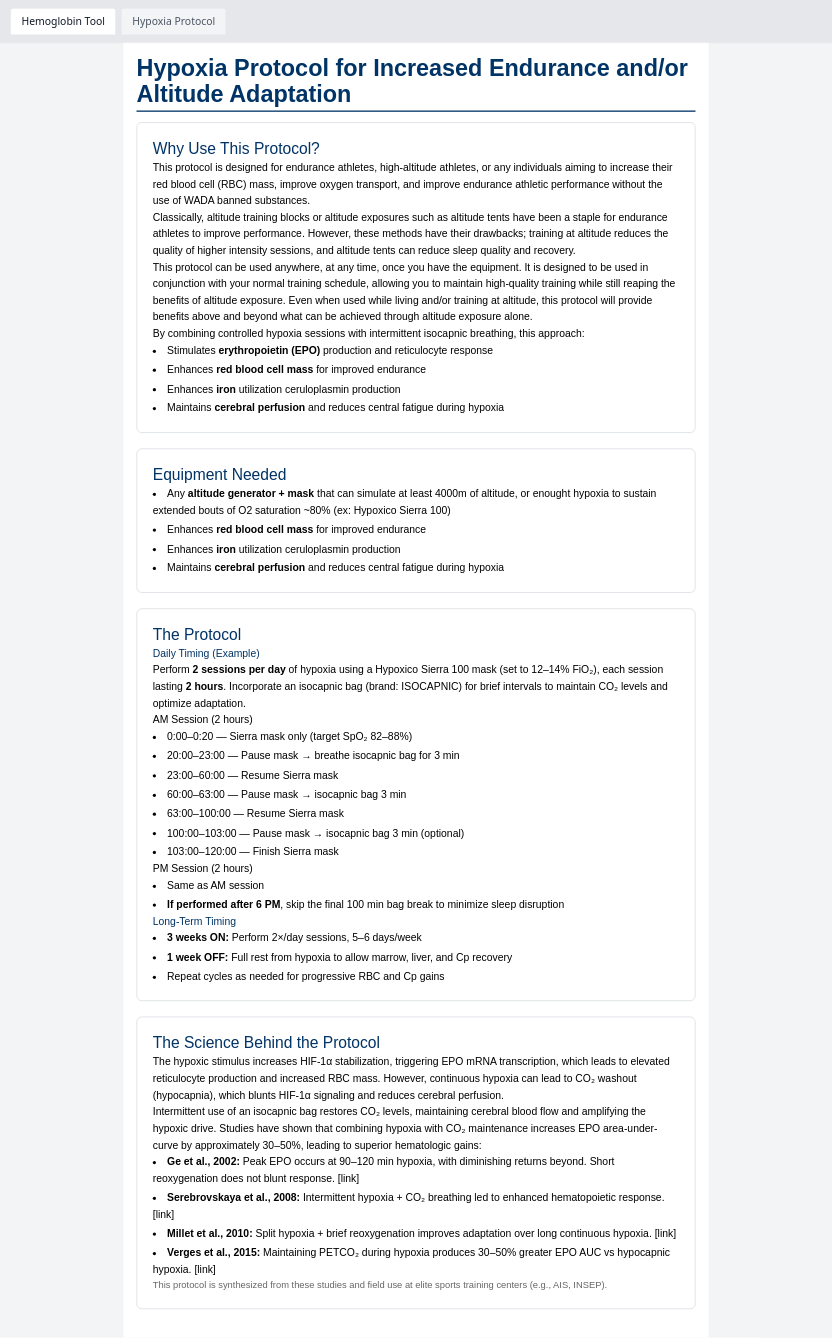
Repository: austenhughes1/hemoglobin_rbc_metrics
Page: hypoxia_protocol.html
The author's editor kept a copy of each file at every save. The page is drawn from the files as they stood at one save, then again after the next save.
The browser window is 1280 px wide. The pictures show the whole page, at 65% of full size.
Some web libraries are served in a nearby version.

Above is the page before, as saved 2025-06-25 13:30:13.

After the next save:
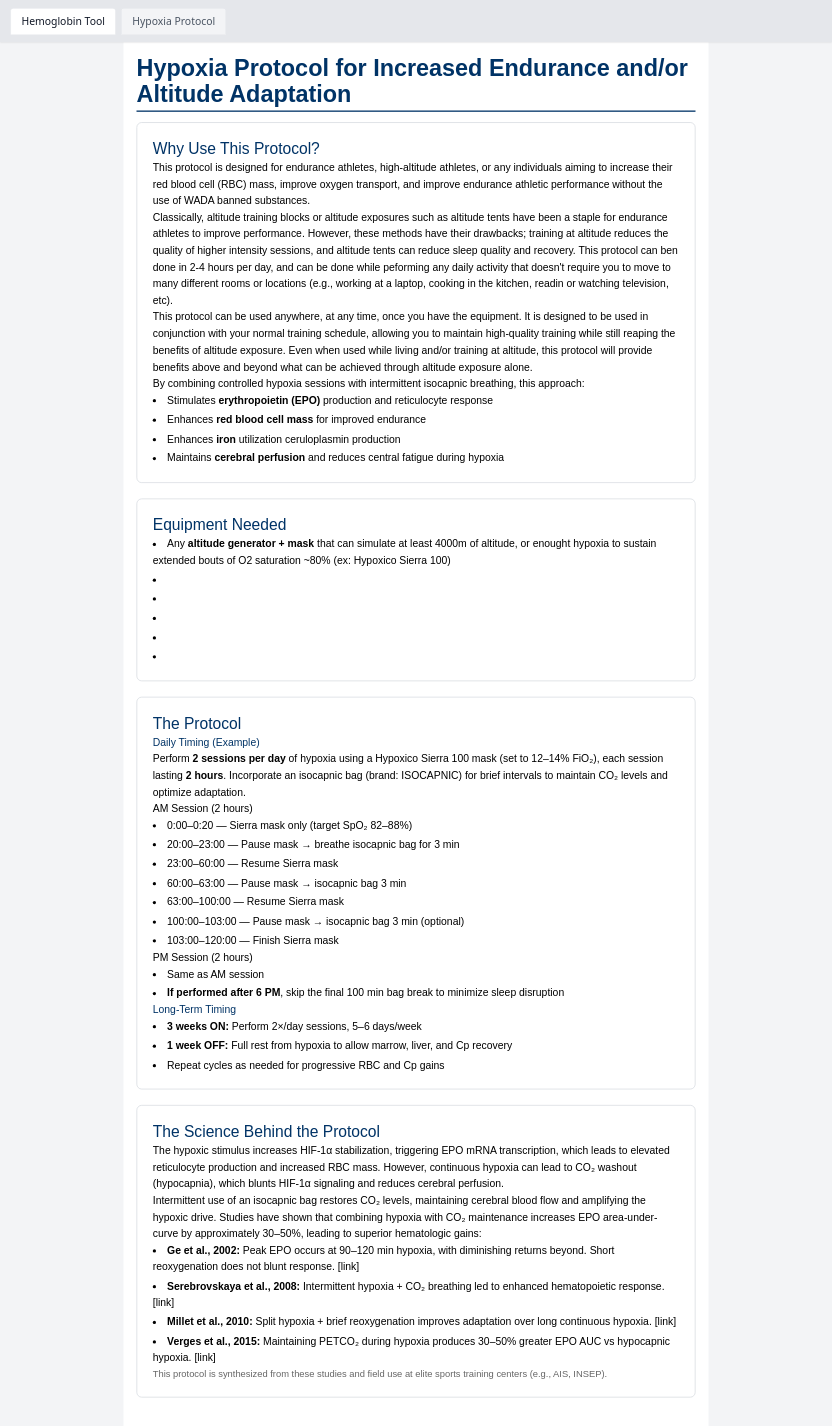
Saved 2 min 14 s later.
--- a/hypoxia_protocol.html
+++ b/hypoxia_protocol.html
@@ -50,7 +50,7 @@
         This protocol is designed for endurance athletes, high-altitude athletes, or any individuals aiming to increase their red blood cell (RBC) mass, improve oxygen transport, and improve endurance athletic performance without the use of WADA banned substances.
         </p>
         <p>
-        Classically, altitude training blocks or altitude exposures such as altitude tents have been a staple for endurance athletes to improve performance. However, these methods have their drawbacks; training at altitude reduces the quality of higher intensity sessions, and altitude tents can reduce sleep quality and recovery.
+        Classically, altitude training blocks or altitude exposures such as altitude tents have been a staple for endurance athletes to improve performance. However, these methods have their drawbacks; training at altitude reduces the quality of higher intensity sessions, and altitude tents can reduce sleep quality and recovery. This protocol can ben done in 2-4 hours per day, and can be done while peforming any daily activity that doesn't require you to move to many different rooms or locations (e.g., working at a laptop, cooking in the kitchen, readin or watching television, etc).
         </p>
         <p>
         This protocol can be used anywhere, at any time, once you have the equipment. It is designed to be used in conjunction with your normal training schedule, allowing you to maintain high-quality training while still reaping the benefits of altitude exposure. Even when used while living and/or training at altitude, this protocol will provide benefits above and beyond what can be achieved through altitude exposure alone.
@@ -69,9 +69,11 @@
         <ul class="list-disc list-inside space-y-1">
             <li>Any <strong>altitude generator + mask</strong> that can simulate at least 4000m of altitude, or enought hypoxia to sustain extended bouts of O2 saturation ~80% (ex: <a href="
                 https://hypoxico.com/products/sierra-100">Hypoxico Sierra 100</a>)</li>
-            <li>Enhances <strong>red blood cell mass</strong> for improved endurance</li>
-            <li>Enhances <strong>iron</strong> utilization ceruloplasmin production </li>
-            <li>Maintains <strong>cerebral perfusion</strong> and reduces central fatigue during hypoxia</li>
+            <li><strong></strong></li>
+            <li><strong></strong></li>
+            <li><strong></strong></li>
+            <li><strong></strong></li>
+            <li><strong></strong></li>
         </ul>
     </section>
 
